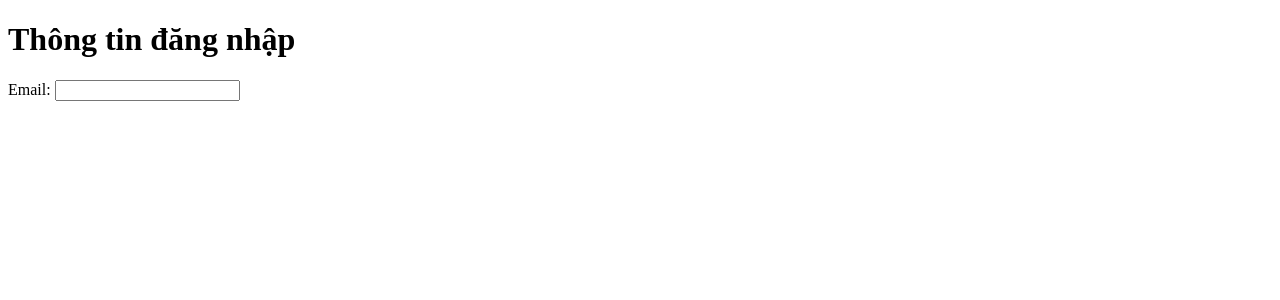
Repository: Vanh260703/Java-Servlet
Page: Bai1_HelloWorld/src/main/webapp/vidu.html
The author's editor kept a copy of each file at every save. The page is drawn from the files as they stood at one save, then again after the next save.
The browser window is 1280 px wide. The pictures show the whole page.

Above is the page before, as saved 2025-02-28 15:33:49.

After the next save:
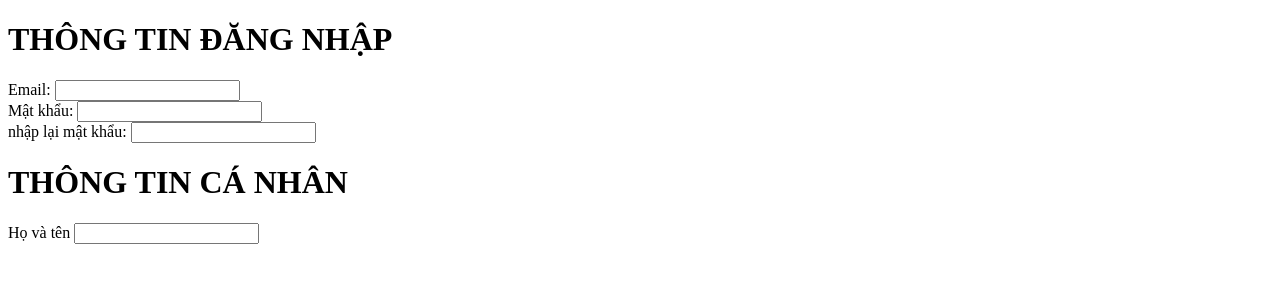
Saved 17 min 24 s later.
--- a/Bai1_HelloWorld/src/main/webapp/vidu.html
+++ b/Bai1_HelloWorld/src/main/webapp/vidu.html
@@ -6,11 +6,26 @@
 </head>
 <body>
 	<form action="">
-		<h1>Thông tin đăng nhập</h1>
+		<h1>THÔNG TIN ĐĂNG NHẬP</h1>
+		<div class = "user-input">
+			<label>Email:</label>
+			<input type = "email">
+		</div>
 		<div>
-		<label>Email:</label>
-		<input type = "email">
+			<label>Mật khẩu:</label>
+			<input type = "password">
 		</div>
+		<div>
+			<label>nhập lại mật khẩu:</label>
+			<input type = "password">
+		</div>
+
+		<h1>THÔNG TIN CÁ NHÂN</h1>
+		<div>
+			<label>Họ và tên</label>
+			<input type = "text">
+		</div>
+		<div></div>
 	</form>
 
 </body>
